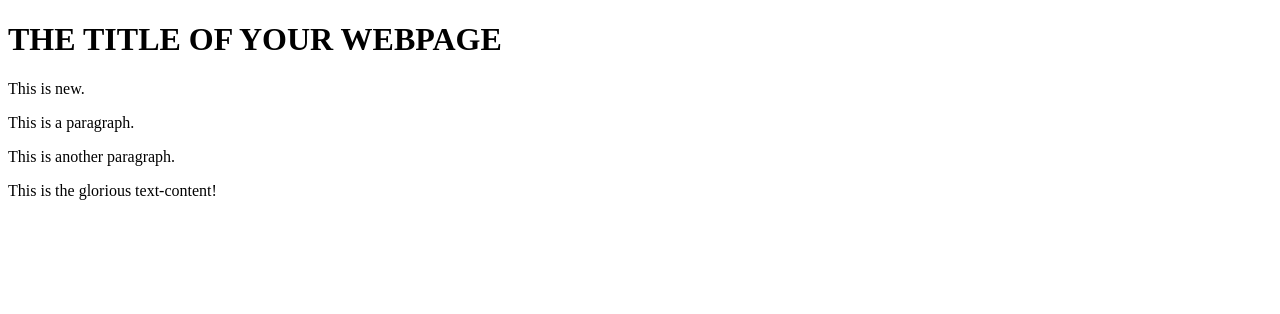
Repository: jnguyen113/DOM-Manipulation
Page: index.html
These files come from the project's save history. The page is drawn as it stood at one moment and after the next save; the edit follows.
The browser window is 1280 px wide. The pictures show the whole page.

Above is the page before, as saved 2020-06-11 21:22:08.

After the next save:
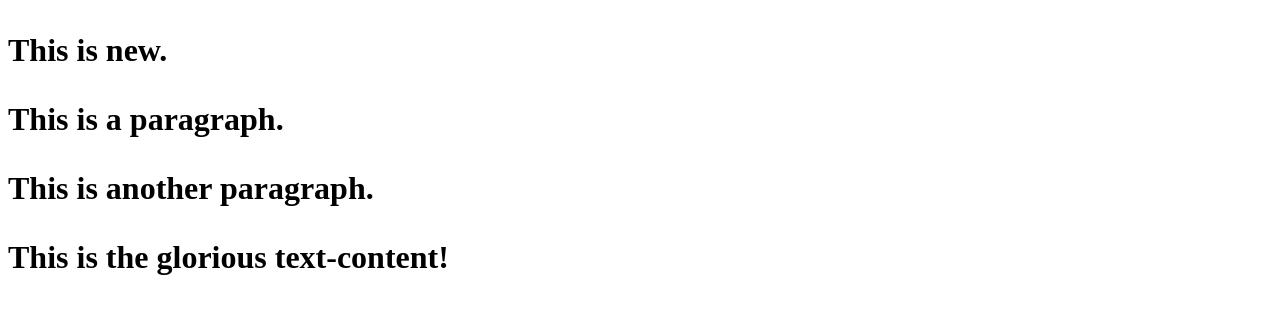
Saved 13 h 19 min later.
--- a/index.html
+++ b/index.html
@@ -3,8 +3,6 @@
 
 <body>
     <h1>
-        THE TITLE OF YOUR WEBPAGE
-    </h1>
     <div id="div1">
         <p id="p1">This is a paragraph.</p>
         <p id="p2">This is another paragraph.</p>
